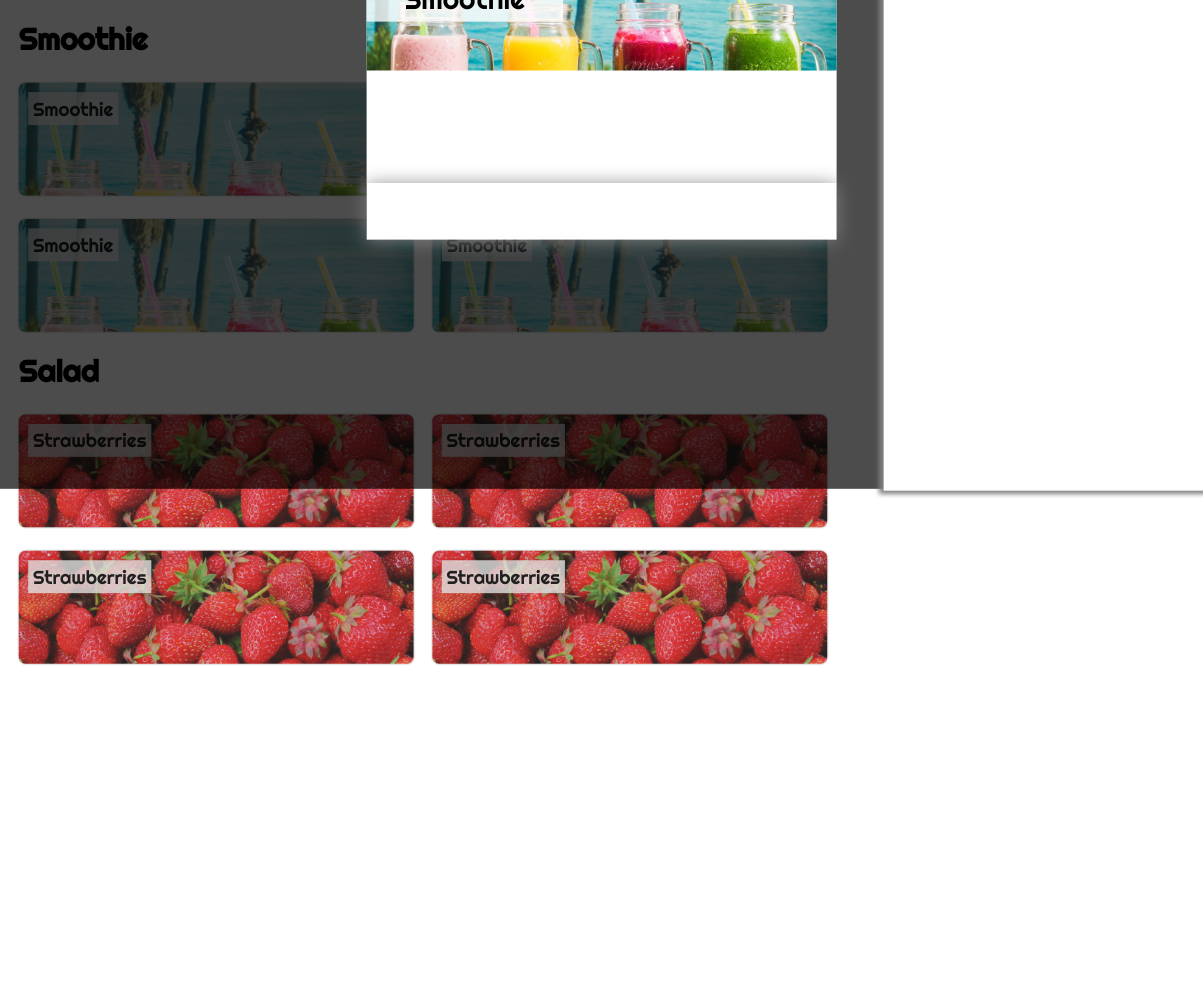
Repository: c0debase/LivingFoods
Page: /, after clicking the first element matching `div.sc-gsFSXq`
These files come from the project's save history. The page is drawn as it stood at one moment and after the next save; the edit follows.
The browser window is 1280 px wide. The pictures show the part of the page from y = 200 to 1271 px (the page is 1271 px tall), at 94% of full size.
The project was rebuilt for these pictures with package versions that can differ from the ones it lists, and the page was loaded fresh each time.

Above is the page before, as saved 2021-09-19 17:47:29.

### public/index.html
<!DOCTYPE html>
<html lang="en">
  <head>
    <meta charset="utf-8" />
    <link rel="icon" href="%PUBLIC_URL%/favicon.ico" />
    <meta name="viewport" content="width=device-width, initial-scale=1" />
    <meta name="theme-color" content="#000000" />
    <meta
      name="description"
      content="Web site created using create-react-app"
    />
    <link rel="apple-touch-icon" href="%PUBLIC_URL%/logo192.png" />

    <link rel="preconnect" href="https://fonts.googleapis.com">
    <link rel="preconnect" href="https://fonts.gstatic.com" crossorigin>
    <link href="https://fonts.googleapis.com/css2?family=Open+Sans|Righteous" rel="stylesheet">

    <!--
      manifest.json provides metadata used when your web app is installed on a
      user's mobile device or desktop. See https://developers.google.com/web/fundamentals/web-app-manifest/
    -->
    <link rel="manifest" href="%PUBLIC_URL%/manifest.json" />
    <!--
      Notice the use of %PUBLIC_URL% in the tags above.
      It will be replaced with the URL of the `public` folder during the build.
      Only files inside the `public` folder can be referenced from the HTML.

      Unlike "/favicon.ico" or "favicon.ico", "%PUBLIC_URL%/favicon.ico" will
      work correctly both with client-side routing and a non-root public URL.
      Learn how to configure a non-root public URL by running `npm run build`.
    -->
    <title>React App</title>
  </head>
  <body>
    <noscript>You need to enable JavaScript to run this app.</noscript>
    <div id="root"></div>
    <!--
      This HTML file is a template.
      If you open it directly in the browser, you will see an empty page.

      You can add webfonts, meta tags, or analytics to this file.
      The build step will place the bundled scripts into the <body> tag.

      To begin the development, run `npm start` or `yarn start`.
      To create a production bundle, use `npm run build` or `yarn build`.
    -->
  </body>
</html>

### src/App.js
import React, {useState} from 'react';
import { createGlobalStyle } from 'styled-components';
import { Navbar } from "./Navbar/Navbar";
import {Banner} from './Banner/Banner';
import {Menu} from './Menu/Menu';
import {GlobalStyle} from './Styles/GlobalStyle'
import {FoodDialog} from './FoodDialog/FoodDialog';
import {Order} from './Order/Order';


function App() {

  const [openFood, setOpenFood] = useState();

  return (
    <>
      <GlobalStyle />
      <FoodDialog openFood={openFood} setOpenFood={setOpenFood}/>
      <Navbar />
      <Order />
      <Banner />
      <Menu setOpenFood={setOpenFood} />
    </>
  );
}

export default App;

### src/Navbar/Navbar.js
import React from 'react';
import styled from 'styled-components';
import {pizzaRed} from '../Styles/colors';
import {Title} from '../Styles/title';


export const NavbarStyled = styled.div`
  background-color: ${pizzaRed};
  padding: 10px;
  position: fixed;
  width: 100%;
  z-index: 999;
`

const Logo = styled(Title)`
  font-size: 20px;
  color: white;
  text-shadow: 1px 1px 4px #380502;
`;

export function Navbar(){
  return (
  <NavbarStyled>
    <Logo>Juggly Juice <span role="img" aria-label="smoothie">🥤</span></Logo>
  </NavbarStyled>
  )
}

### src/Banner/Banner.js
import styled from 'styled-components';

export const Banner = styled.div`
  height: 200px;
  background-image: url("img/bowl-hand.jpg");
  background-position: center;
  background-size: cover;
  filter: contrast(75%);
`;

### src/Menu/Menu.js
import React from 'react';
import styled from 'styled-components';
import {foods} from '../Data/FoodData';
import {Food, FoodGrid, FoodLabel} from '../Menu/FoodGrid'

const MenuStyled = styled.div`
  height: 1000px;
  margin: 0px 400px 50px 20px;
`;

export function Menu({setOpenFood}) {
  return (
  <MenuStyled>
    {Object.entries(foods).map(([sectionName, foods]) => (
      <>
        <h1>{sectionName}</h1>
        <FoodGrid>
          {foods.map(food => (
            <Food
              img={food.img}
              onClick={() => {
                setOpenFood(food)
            }}
            >
              <FoodLabel>{food.name}</FoodLabel>
            </Food>
          ))}
        </FoodGrid>
      </>
    ))}
  </MenuStyled>
  );
}

### src/Styles/GlobalStyle.js
import { createGlobalStyle} from 'styled-components';

export const GlobalStyle = createGlobalStyle`
  body {
    font-family: 'Open Sans', sans-serif;
    margin: 0;
  }

  h1, h2, h3 {
    font-family: 'Righteous', cursive;
  }
`

### src/FoodDialog/FoodDialog.js
import React from 'react';
import styled from 'styled-components';
import {FoodLabel} from '../Menu/FoodGrid';

const Dialog = styled.div`
  width: 500px;
  background-color: white;
  position: fixed;
  top: 75px;
  z-index: 5;
  max-height: calc(100% - 100px);
  left: calc(50% - 250px);
  display: flex;
  flex-direction: column;
`;

const DialogContent = styled.div`

  overflow: auto;
  min-height: 100px;

`;

const DialogFooter = styled.div`

  box-shadow: 0px 2px 20px 0px grey;
  height: 60px;

`;


const DialogShadow = styled.div`
  position: fixed;
  height: 100%;
  width: 100%;
  top: 0px;
  background-color: black;
  opacity: .7;
  z-index: 4;
`;

const DialogBanner = styled.div`

  min-height: 200px;
  margin-bottom: 20px;
  ${({img}) => `background-image: url(${img});`}
  background-position: center;
  background-size: cover;

`;

const DialogBannerName = styled(FoodLabel)`
  top: 100px;
  font-size: 30px;
  padding: 5px 40px;
`;


export function FoodDialog({openFood, setOpenFood}) {
  function close() {
    setOpenFood();
  }
  if (!openFood) return null;
  return (
    openFood ? (
    <>
      <DialogShadow onClick={close}/>
      <Dialog>
        <DialogBanner img={openFood.img}>
          <DialogBannerName>{openFood.name}</DialogBannerName>
        </DialogBanner>
        <DialogContent></DialogContent>
        <DialogFooter></DialogFooter>
      </Dialog>
    </>
  ) : null
  );
}

### src/Order/Order.js
import styled from 'styled-components';
import React from 'react';

const OrderStyled = styled.div`

  position: fixed;
  right: 0px;
  top: 50px;
  width: 340px;
  background-color: white;
  height: calc(100% - 48px);
  box-shadow: 0px 0px 5px 5px grey;
  z-index: 10;
`;

export function Order() {
  return <OrderStyled>Your order like your stomach is pretty empty</OrderStyled>
}

### src/Styles/colors.js
export const pizzaRed = "#f44336";

### src/Styles/title.js
import styled from 'styled-components';

export const Title = styled.div`
  font-family: 'Righteous', cursive;
`;

### src/Data/FoodData.js
export const foodItems = [
  {
    name: 'Smoothie',
    img: '/img/smoothies.jpg',
    section: 'Smoothie'
  },
  {
    name: 'Strawberries',
    img: '/img/strawberries.jpg',
    section: 'Salad'
  },
  {
    name: 'Smoothie',
    img: '/img/smoothies.jpg',
    section: 'Smoothie'
  },
  {
    name: 'Strawberries',
    img: '/img/strawberries.jpg',
    section: 'Salad'
  },
  {
    name: 'Smoothie',
    img: '/img/smoothies.jpg',
    section: 'Smoothie'
  },
  {
    name: 'Strawberries',
    img: '/img/strawberries.jpg',
    section: 'Salad'
  },
  {
    name: 'Smoothie',
    img: '/img/smoothies.jpg',
    section: 'Smoothie'
  },
  {
    name: 'Strawberries',
    img: '/img/strawberries.jpg',
    section: 'Salad'
  },

];

export const foods = foodItems.reduce((res, food) => {
  if (!res[food.section]){
    res[food.section] = [];
  }
  res[food.section].push(food);
  return res;
}, {})

### src/Menu/FoodGrid.js
import styled from 'styled-components';
import {Title} from '../Styles/title';

export const FoodGrid = styled.div`
  display: grid;
  grid-template-columns: 1fr 1fr;
  gap: 20px;
`;

export const FoodLabel = styled(Title)`
  position: absolute;
  background-color: rgba(256,256,256, .8);
  padding: 5px;
`;

export const Food = styled.div`
  height: 100px;
  padding: 10px;
  font-size: 20px;
  background-image: ${({img}) => `url(${img});`};
  background-position: center;
  background-size: cover;
  filter: contrast(75%);
  border-radius: 7px;
  margin-top: 5px;
  transition-property: box-shadow margin-top filter;
  transition-duration: .1s;
  box-shadow: 0px 0px 2px 0px grey;
  &:hover {
    cursor: pointer;
    filter: contrast(100%);
    margin-top: 0px;
    margin-bottom: 5px;
    box-shadow: 0px 0px 10px 0px grey;
  }
`;

Loaded but not shown: src/index.js (common file); src/reportWebVitals.js (common file)

After the next save:
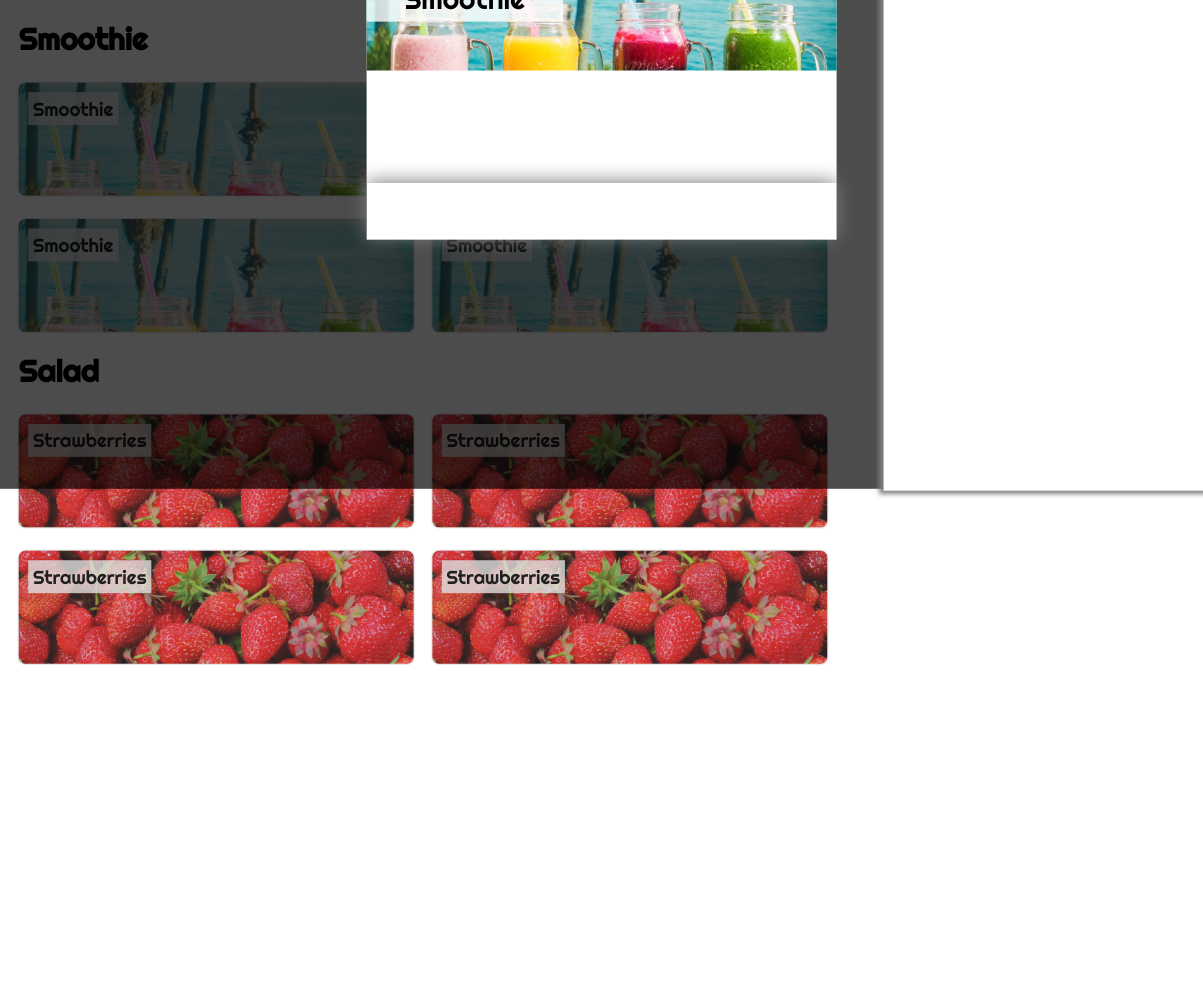
Saved 26 s later.
--- a/src/FoodDialog/FoodDialog.js
+++ b/src/FoodDialog/FoodDialog.js
@@ -23,7 +23,7 @@ const DialogContent = styled.div`
 
 const DialogFooter = styled.div`
 
-  box-shadow: 0px 2px 20px 0px grey;
+  box-shadow: 0px -2px 20px 0px grey;
   height: 60px;
 
 `;
